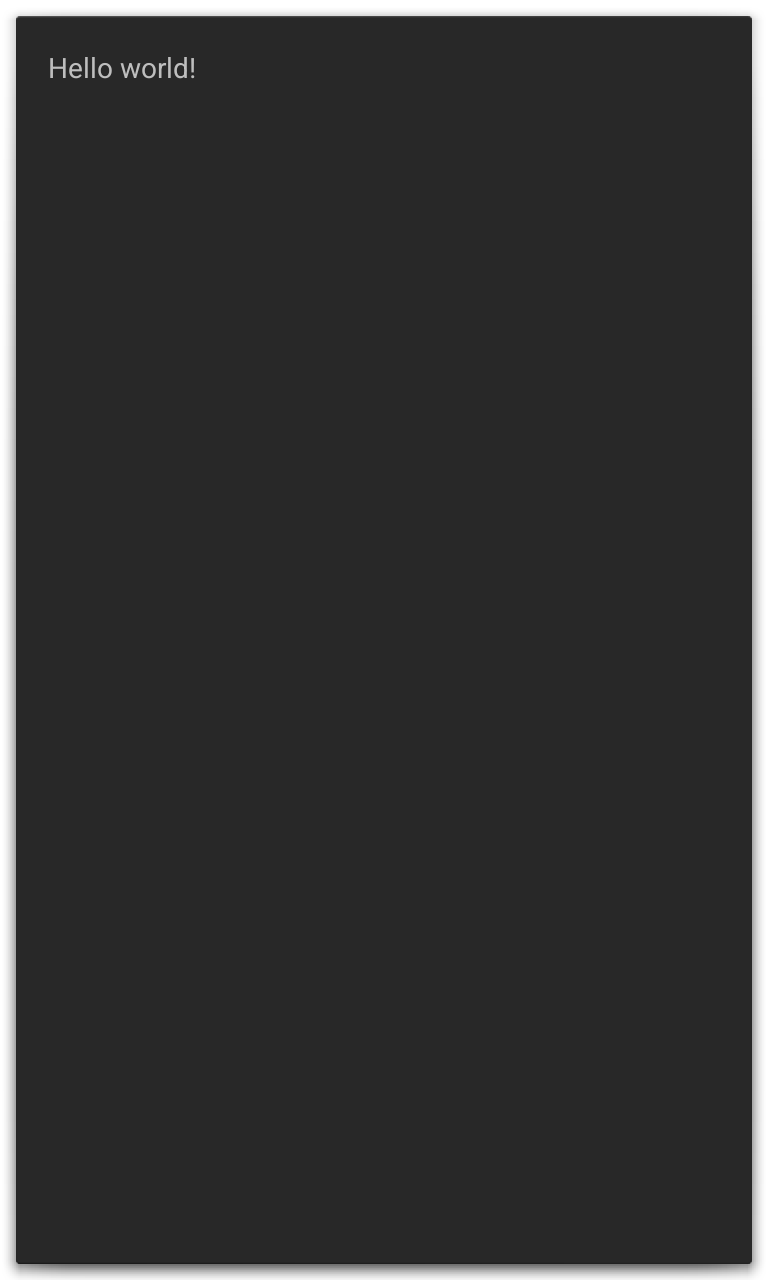
Repository: iptomar/letrinhas_documentacao
Layout: Letrinhas/APP/Prototipos/Letrinhas05/res/layout/resumo_submissoes.xml
An editor plug-in stored every save of this project. The layout is shown before and after the next save, followed by the edit.
It is drawn on a 768 x 1280 px phone screen (xhdpi) without system bars, with theme android:Theme.Holo.Dialog.NoActionBar; the app's code is not run.

Above is the layout before, as saved 2014-05-19 09:58:56.

After the next save:
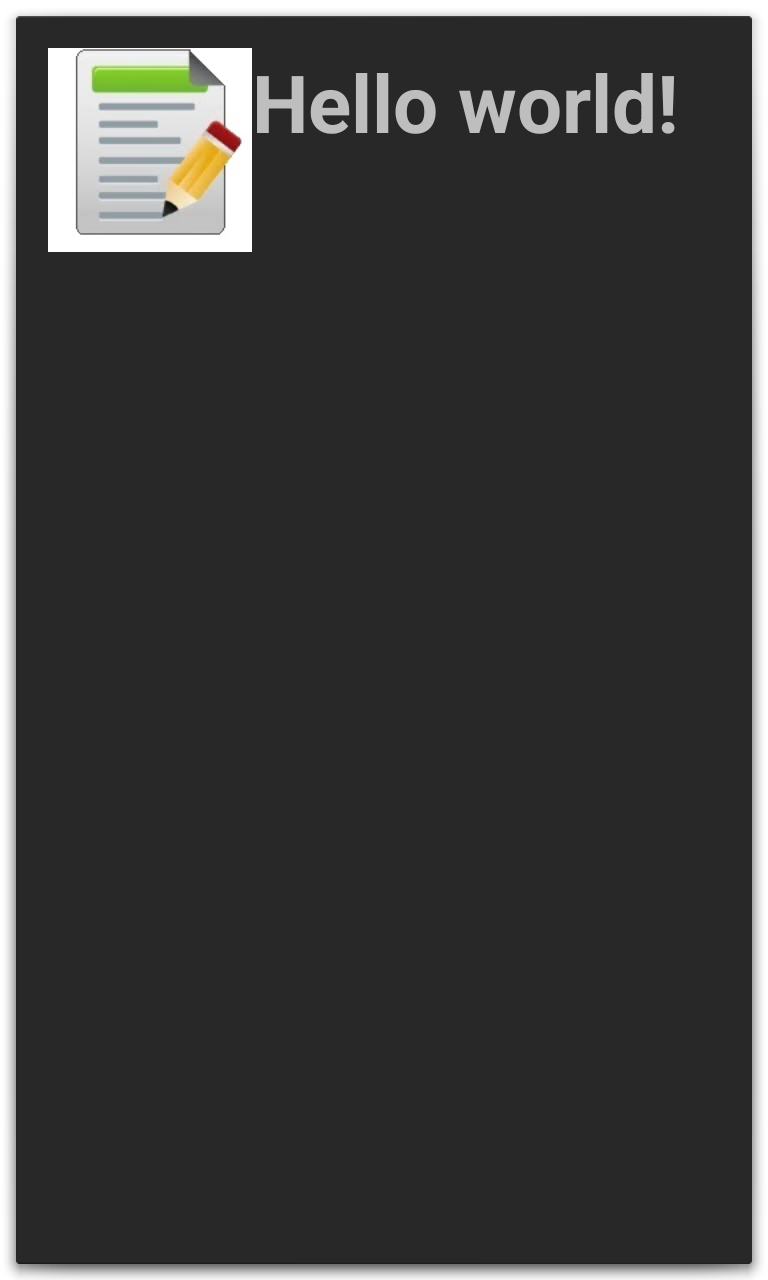
Saved 3 min 46 s later.
--- a/Letrinhas/APP/Prototipos/Letrinhas05/res/layout/resumo_submissoes.xml
+++ b/Letrinhas/APP/Prototipos/Letrinhas05/res/layout/resumo_submissoes.xml
@@ -1,5 +1,6 @@
 <RelativeLayout xmlns:android="http://schemas.android.com/apk/res/android"
     xmlns:tools="http://schemas.android.com/tools"
+    android:id="@+id/resSub"
     android:layout_width="match_parent"
     android:layout_height="match_parent"
     android:paddingBottom="@dimen/activity_vertical_margin"
@@ -9,8 +10,12 @@
     tools:context="com.letrinhas05.ResumoSubmissoes$PlaceholderFragment" >
 
     <TextView
+        android:id="@+id/rSCabecalho"
         android:layout_width="wrap_content"
         android:layout_height="wrap_content"
-        android:text="@string/hello_world" />
+        android:drawableLeft="@drawable/index"
+        android:text="@string/hello_world"
+        android:textSize="40sp"
+        android:textStyle="bold" />
 
 </RelativeLayout>
